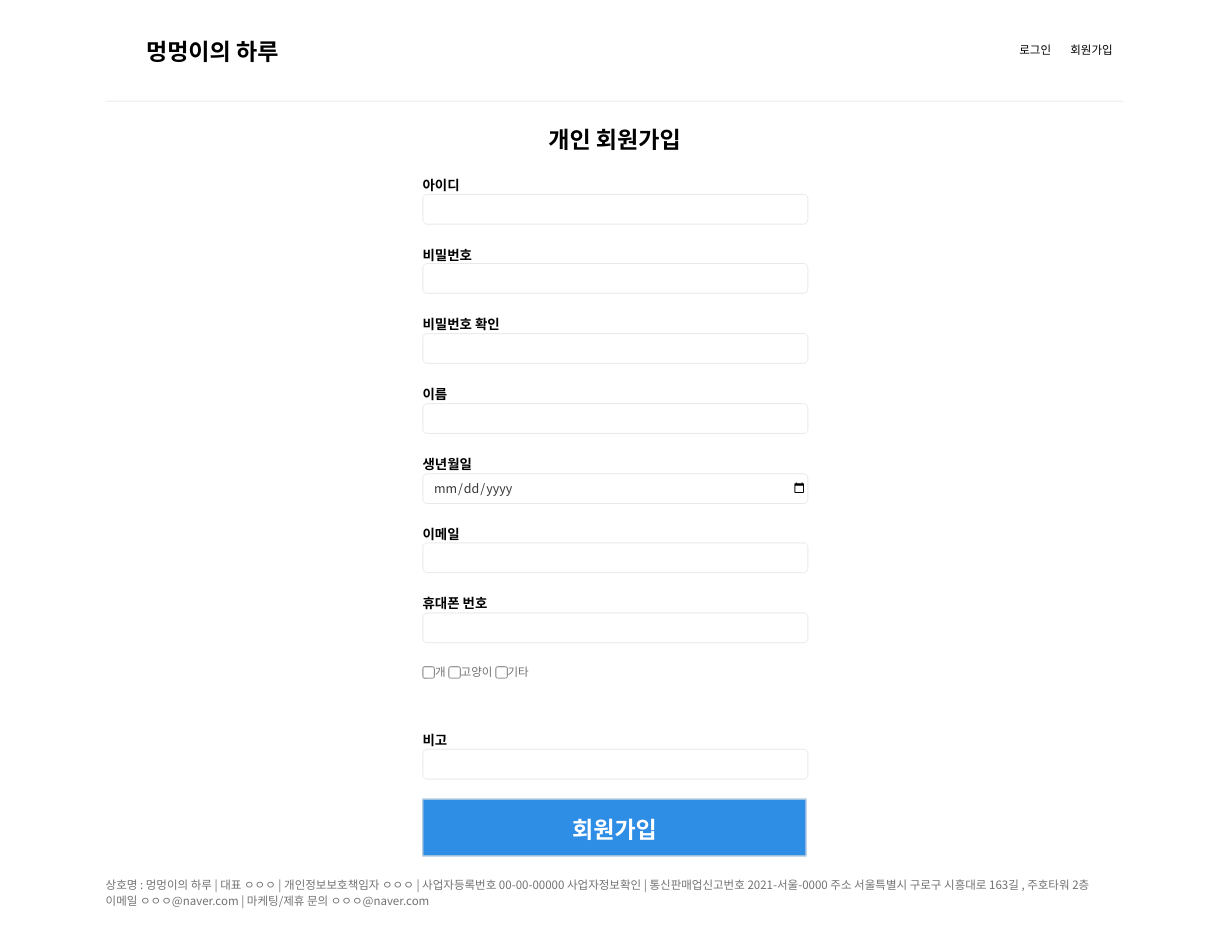
Repository: sondaeu/daeun
Page: http://localhost/Petopia/WEB-INF/views/member/userJoinus.jsp
An editor plug-in stored every save of this project. The page is shown before and after the next save, followed by the edit.
The browser window is 1280 px wide. The pictures show the whole page, at 96% of full size.
The page is served by Tomcat 9. Nobody is signed in. The template is opened directly, without the code that normally fills it, so the values that code supplies are empty.

Above is the page before, as saved 2021-02-23 02:12:30.

After the next save:
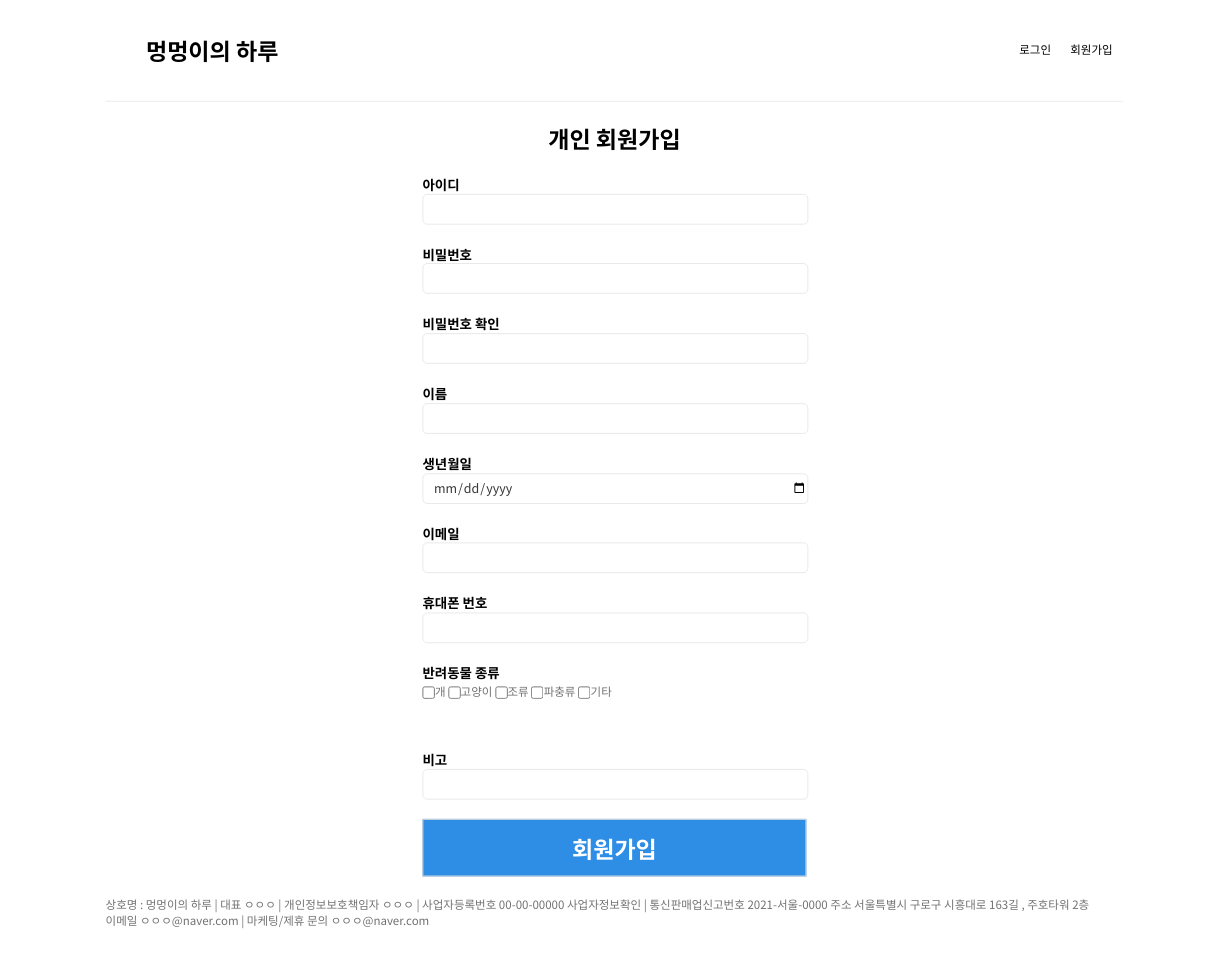
Saved 42 s later.
--- a/WEB_CODES/Petopia/src/main/webapp/WEB-INF/views/member/userJoinus.jsp
+++ b/WEB_CODES/Petopia/src/main/webapp/WEB-INF/views/member/userJoinus.jsp
@@ -339,12 +339,15 @@ $(document).ready(function() {
 				</div>
 				<div class="menu">
 					<fieldset>
-						<legend>반려동물 종류</legend>
+						<label>반려동물 종류</label>
+						<br>
 						<input type="checkbox" id="animal1" name="animal" value="개">개
 						<input type="checkbox" id="animal2" name="animal" value="고양이">고양이
-						<input type="checkbox" id="animal3" name="animal">기타
-						<input type="text" id="animal4" name="animal4" disabled>
-						<input type="hidden" id="totalAnimals" name="animals">
+						<input type="checkbox" id="animal3" name="animal" value="개">조류
+						<input type="checkbox" id="animal4" name="animal" value="고양이">파충류
+						<input type="checkbox" id="animal5" name="animal">기타
+						<input type="text" id="animal6" name="animal6" disabled>
+						<input type="hidden" id="totalAnimals" name="animals" readonly>
 					</fieldset>
 				</div>
 				<div class="menu">
